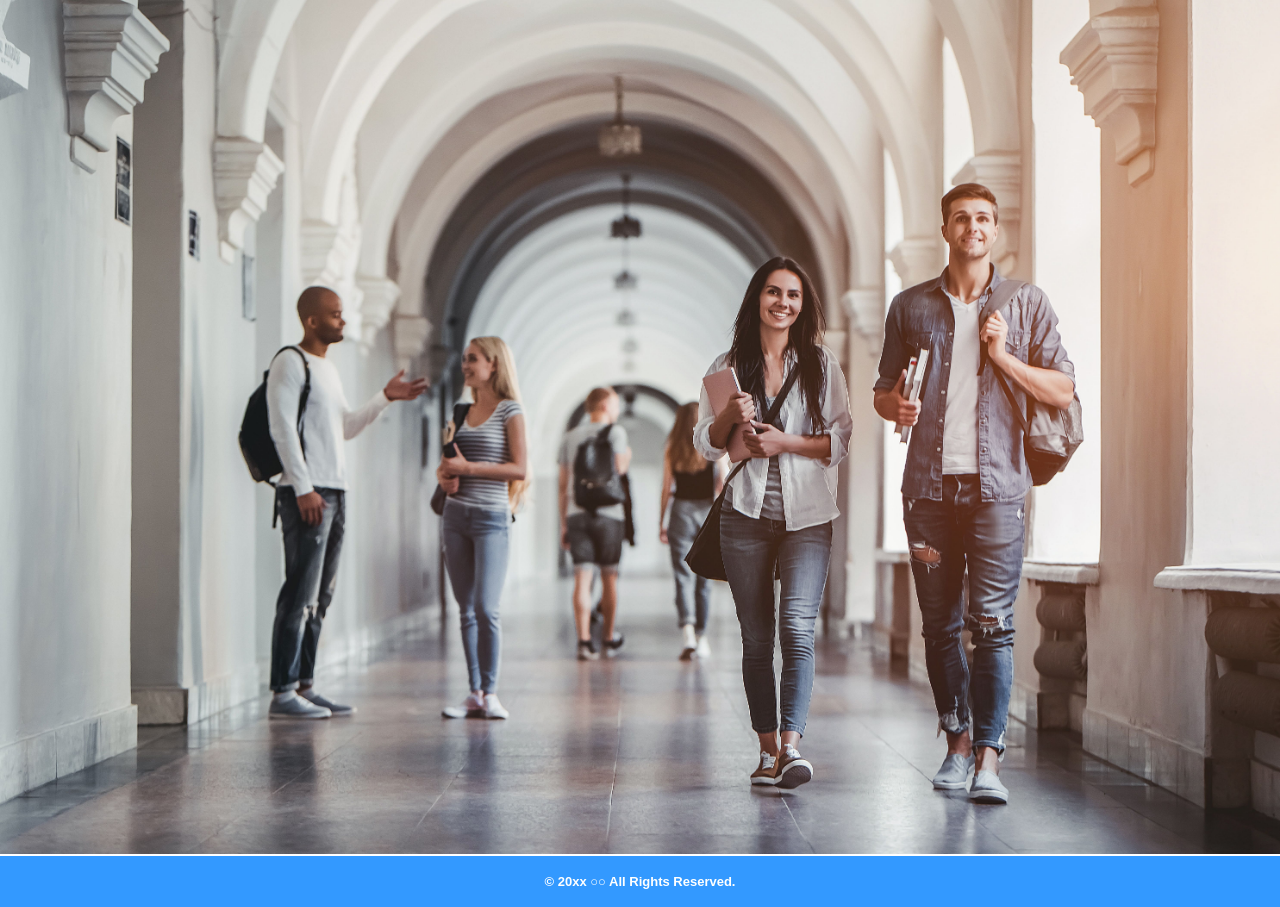
Repository: T-Ohchi/samurai_HTML-CSS
Page: home.html
The author's editor kept a record of every edit. The page is drawn from the files as they stood at one moment, then again after the next edit.
The browser window is 1280 px wide. The pictures show the whole page.

Above is the page before.

After the next edit:
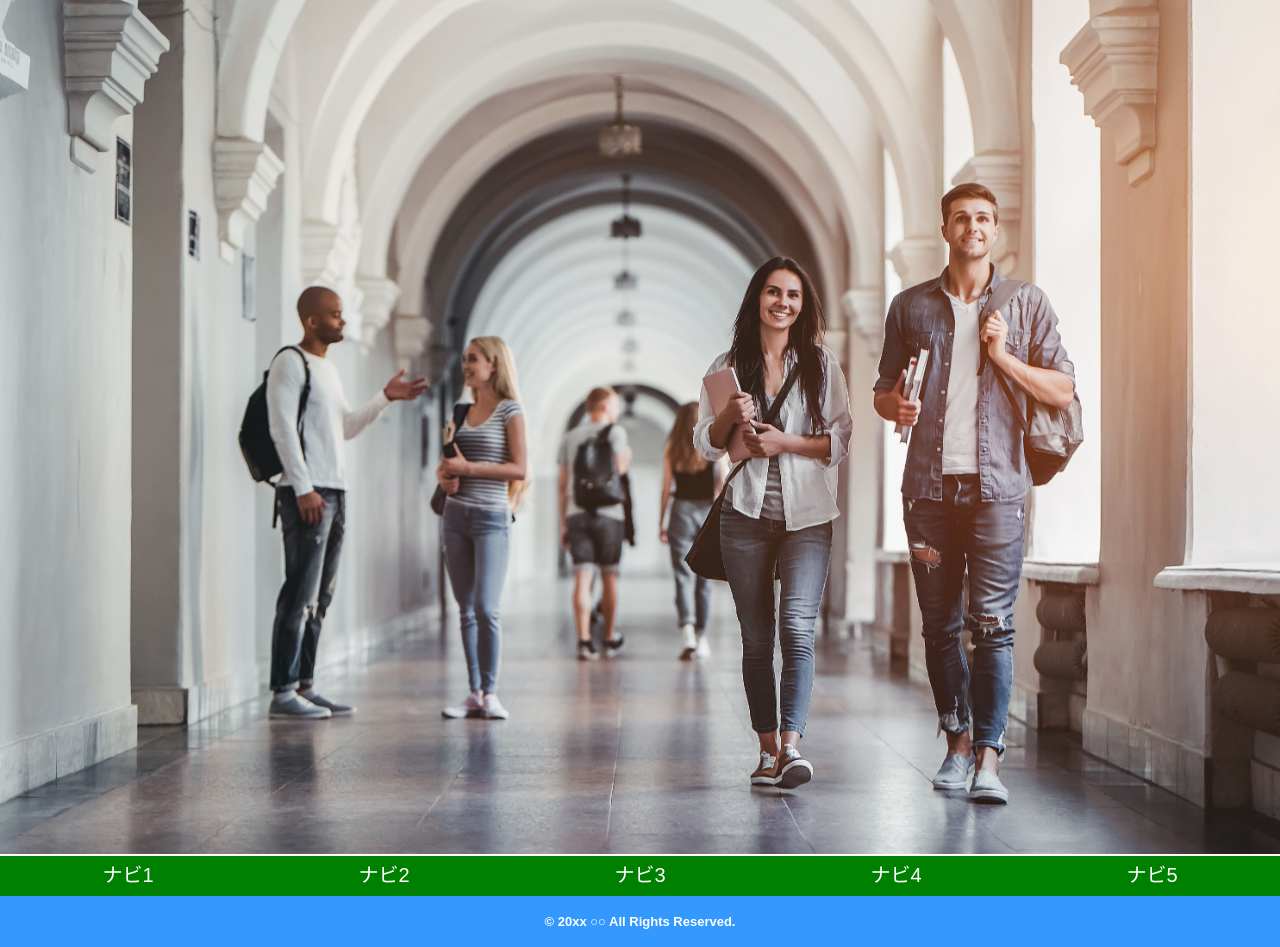
The edit:
--- a/home.html
+++ b/home.html
@@ -10,6 +10,15 @@
             <h1><a href="index.html"><img id="corridor" src="images/corridor.jpg" alt="大学の廊下" /></a></h1>
         </div>
          <div id="wrapper">
+                         <div id="nav">
+                <ul>
+                    <li><a href="home.html">ナビ1</a></li>
+                    <li><a href="#">ナビ2</a></li>
+                    <li><a href="#">ナビ3</a></li>
+                    <li><a href="#">ナビ4</a></li>
+                    <li><a href="#">ナビ5</a></li>
+                </ul>
+            </div>
         </div>
         <div id="footer">
             <p>&copy; 20xx ○○ All Rights Reserved.</p>
